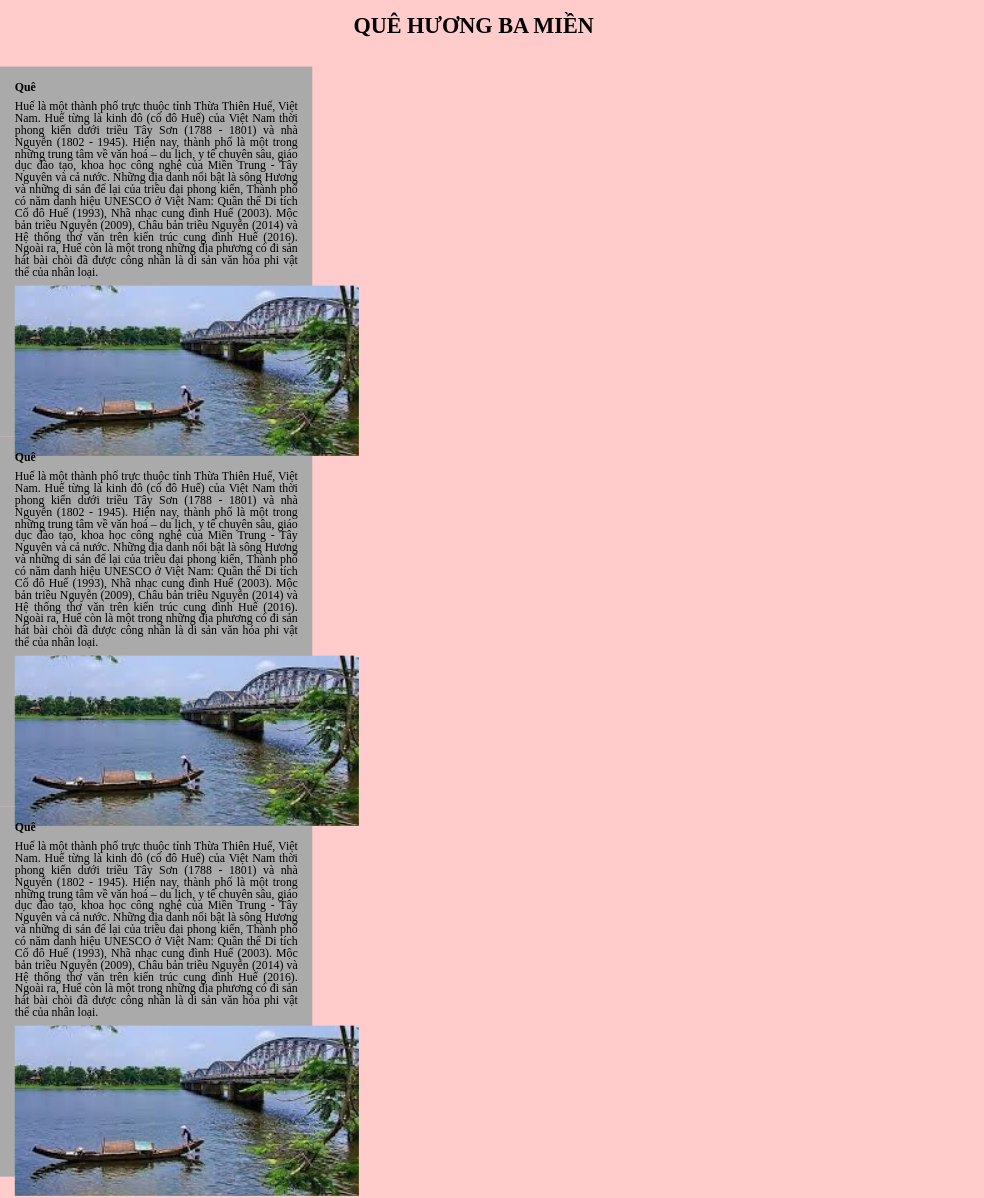
Repository: Tan-Khang21/TH_TKW--Buoi_06
Page: Bai_Tap_Tren_lop/Bai_02/LayoutCSS2.html
An editor plug-in stored every save of this project. The page is shown before and after the next save, followed by the edit.
The browser window is 1280 px wide. The page is 1280 px wide, then 1330 px, so the pictures cover 1330 px, including what lies to the right of the window. The pictures show the whole page, at 74% of full size.

Above is the page before, as saved 2024-03-11 20:27:03.

After the next save:
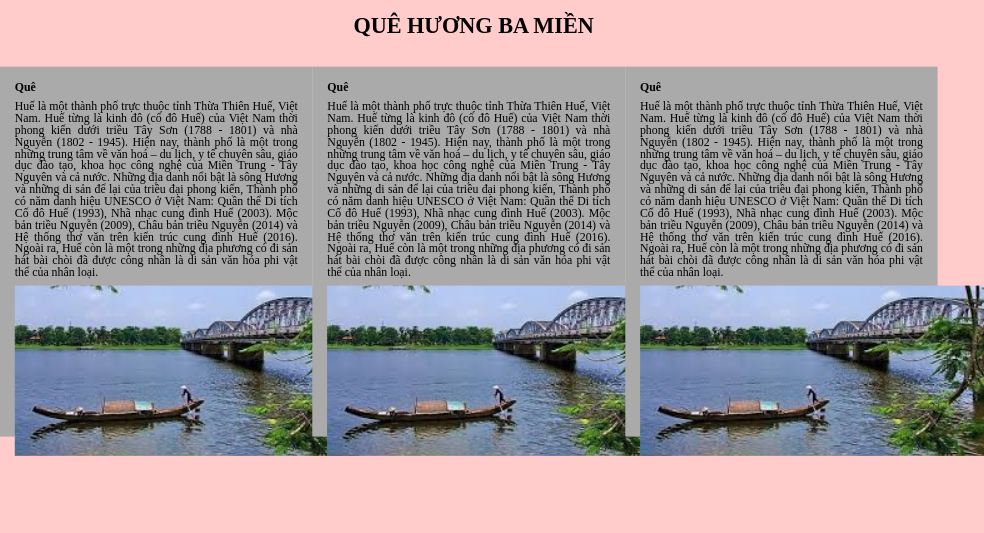
Saved 17 s later.
--- a/Bai_Tap_Tren_lop/Bai_02/style.css
+++ b/Bai_Tap_Tren_lop/Bai_02/style.css
@@ -28,3 +28,6 @@ body {
   height: 100%;
   object-fit: cover;
 }
+.container {
+  display: flex;
+}
